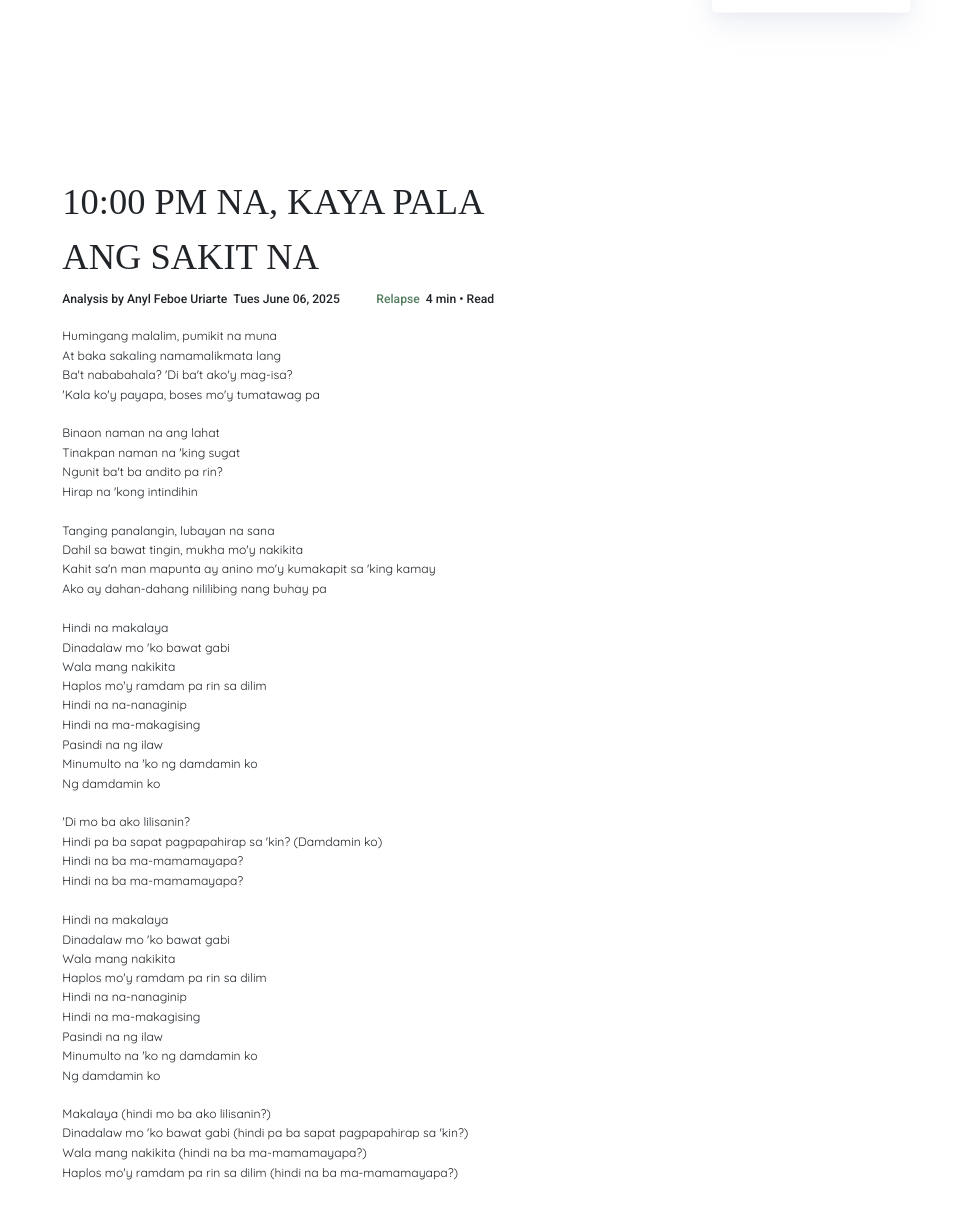
Repository: Uriarte-Anyl/Uriarte-Anyl.github.io
Page: Course/ADET/A07/index.html
An editor plug-in stored every save of this project. The page is shown before and after the next save, followed by the edit.
The browser window is 1280 px wide. The pictures show the part of the page from y = 1436 to 3057 px (the page is 3057 px tall before and 2867 px after), at 76% of full size.
Pictures or frames that could not be fetched are drawn as grey boxes. Some web fonts or font styles are not loaded; a fallback is used.

Above is the page before, as saved 2025-06-05 08:53:16.

### Course/ADET/A07/index.html
<!DOCTYPE html>
<html lang="en">
  <head>
    <meta charset="utf-8" />
    <meta name="viewport" content="width=device-width, initial-scale=1" />
    <title>City of Sto.Tomas — Journey</title>
    <link rel="preconnect" href="https://fonts.googleapis.com" />
    <link rel="preconnect" href="https://fonts.gstatic.com" crossorigin />
    <link
      href="https://fonts.googleapis.com/css2?family=Domine:wght@400..700&family=Quicksand:wght@300..700&family=Roboto:wght@500&display=swap"
      rel="stylesheet"
    />
    <link
      href="https://cdn.jsdelivr.net/npm/bootstrap@5.3.6/dist/css/bootstrap.min.css"
      rel="stylesheet"
      integrity="sha384-4Q6Gf2aSP4eDXB8Miphtr37CMZZQ5oXLH2yaXMJ2w8e2ZtHTl7GptT4jmndRuHDT"
      crossorigin="anonymous"
    />
  </head>

  <style>
    .domine-header {
      font-family: "Domine", serif;
      font-optical-sizing: auto;
      font-weight: 400;
      font-style: normal;
    }
    .roboto-subheader {
      font-family: "Roboto", sans-serif;
      font-optical-sizing: auto;
      font-weight: 500;
      font-style: normal;
      font-variation-settings: "wdth" 100;
    }

    .quicksand-contents {
      font-family: "Quicksand", sans-serif;
      font-optical-sizing: auto;
      font-weight: 400;
      font-style: normal;
    }

    img {
      width: 100%;
      height: auto;
      object-fit: cover;
      display: block;
      max-height: 80vh;
    }

    .icon {
      font-family: "Roboto", sans-serif;
      font-weight: 700;
      font-size: 20px;
    }

    .icon span {
      color: #537d5d;
    }

    .line {
      height: 100%;
      width: 0.5px;
      border-left: 1px solid black;
    }

    .items-wrapper {
      font-family: "Roboto", sans-serif;
    }

    .header {
      width: 26ch;
      font-family: "Domine", serif;
      font-size: 48px;
    }

    .sub-contents-wrapper {
      font-family: "Roboto", sans-serif;
      font-size: 16px;
    }

    .content {
      font-family: "Quicksand", sans-serif;
      font-size: 16px;
      width: clamp(90%, 60ch, 80ch);
      line-height: 1.6;
    }

    .category {
      color: #537d5d;
    }

    .card {
      height: 160px;
      width: 100%;
      box-shadow: 0 5px 10px rgba(154, 160, 185, 0.05),
        0 15px 40px rgba(166, 173, 201, 0.2);
      border: none;
    }

    .lyrics {
      font-family: "Quicksand", sans-serif;
      font-size: 1rem;
      white-space: pre-wrap;
      line-height: 1.6;
    }
  </style>

  <body>
    <div class="container-fluid my-4">
      <div class="row">
        <div class="col d-flex flex-row align-center justify-content-around">
          <div class="item-icon-wrapper d-flex flex-row align-center">
            <div class="icon pe-3"><span>STB</span>LOG</div>
            <div class="line px-1"></div>
            <div class="items-wrapper d-flex flex-row align-center">
              <div class="item px-2 py-1">News</div>
              <div class="item px-2 py-1">Stories</div>
              <div class="item px-2 py-1">Community</div>
              <div class="item px-2 py-1">Subscribe</div>
            </div>
          </div>
          <div class="items-wrapper d-flex flex-row align-center">
            <div class="item-write-wrapper d-flex flex-row align-center px-3">
              <div class="write-icon py-1 px-1">
                <svg
                  xmlns="http://www.w3.org/2000/svg"
                  width="16"
                  height="16"
                  fill="currentColor"
                  class="bi bi-pencil-square"
                  viewBox="0 0 16 16"
                >
                  <path
                    d="M15.502 1.94a.5.5 0 0 1 0 .706L14.459 3.69l-2-2L13.502.646a.5.5 0 0 1 .707 0l1.293 1.293zm-1.75 2.456-2-2L4.939 9.21a.5.5 0 0 0-.121.196l-.805 2.414a.25.25 0 0 0 .316.316l2.414-.805a.5.5 0 0 0 .196-.12l6.813-6.814z"
                  />
                  <path
                    fill-rule="evenodd"
                    d="M1 13.5A1.5 1.5 0 0 0 2.5 15h11a1.5 1.5 0 0 0 1.5-1.5v-6a.5.5 0 0 0-1 0v6a.5.5 0 0 1-.5.5h-11a.5.5 0 0 1-.5-.5v-11a.5.5 0 0 1 .5-.5H9a.5.5 0 0 0 0-1H2.5A1.5 1.5 0 0 0 1 2.5z"
                  />
                </svg>
              </div>
              <div class="item" style="padding: 6px 0px 6px 0px">Write</div>
            </div>
            <div class="item px-3 py-1">
              <svg
                xmlns="http://www.w3.org/2000/svg"
                width="16"
                height="16"
                fill="currentColor"
                class="bi bi-bell-fill"
                viewBox="0 0 16 16"
              >
                <path
                  d="M8 16a2 2 0 0 0 2-2H6a2 2 0 0 0 2 2m.995-14.901a1 1 0 1 0-1.99 0A5 5 0 0 0 3 6c0 1.098-.5 6-2 7h14c-1.5-1-2-5.902-2-7 0-2.42-1.72-4.44-4.005-4.901"
                />
              </svg>
            </div>
            <div class="item px-3 py-1">
              <div
                class="profile rounded-5 bg-dark"
                style="width: 24px; height: auto"
              >
                1
              </div>
            </div>
          </div>
        </div>
      </div>
    </div>

    <div class="container-fluid">
      <div class="row">
        <div class="col p-0">
          <img src="image/bleh.jpg" />
        </div>
      </div>
    </div>

    <div class="container mt-5 position-relative">
      <div class="row">
        <div class="col-sm-12 col-md-9">
          <!-- CONTENT -->

          <!-- TITLE AND SUBCONTENTS -->
          <div class="header py-2">JISUN TITUM ALJURED</div>
          <div class="sub-contents-wrapper d-flex flex-row align-center">
            <div class="author-date-wrapper d-flex flex-row pe-5">
              <div class="author pe-2">Research by Wembanyama</div>
              <div class="date">Tues June 06, 2025</div>
            </div>

            <div class="category-duration-wrapper d-flex flex-row">
              <div class="category pe-2">Sports</div>
              <div class="duration">10 min &#x2022; Read</div>
            </div>
          </div>

          <!-- END OF TITLE AND SUBCONTENTS -->

          <!-- BODY -->
          <div class="content py-4">
            malaking ipikto sa boston siltiks 🤯ang pagkawala ni jison titum😞,
            sa kanilang layn-ap😟😟, dahil sa gem seks natalo sila sa noyork
            niks🥺🥺✋️, kung kumakailan si jison titum nagkaroon ng indyure🤯🤯
            dahilan di siya nakaro sa gem seks, at nayari na ☹️sila sa kamay ng
            noyork neks😔, sa boston siltiks pans end season na ang tim😝,
            pahinga muna, palakas para sa neks sison😌, por da noyork niks
            sasabak ulit tayo😤, parang butas karayong ang ating dadaanan💙🤤
            bago makamtam ang ating inaasam-asam😘🥺na ang trophy🥳🤩 Or
            Kampyonato😳🥺sa eastern conperens😪😮‍💨Alam naman natin😮Ang indiana
            pacers🫥MALAKAS po itong KUPUNAN🥺😩PARANG BAGYO⛈🌫dahil napatunayan
            nila😫😞pagkatapos matalo 🙁ang number 1 standing 🤨😗sa eastern
            canperence 😩😫 na ang CLEVELAND CAVALIERS🙁☹️malapit nila MASWEET🥹
            ITO ang INDIAN PACERS!🫨🫨alamin natin KUNG SINO?🙃ang may ari🤨🤓 SA
            GAYM WAN🥳😕INDIANA PACERS BERSUS NEW YORK NIKS😮😧AABANGAN😖😖😣
          </div>
          <!-- END OF BODY -->

          <!-- TITLE AND SUBCONTENTS -->
          <div class="header py-2">IN-HEAT NA LAHAT</div>
          <div class="sub-contents-wrapper d-flex flex-row align-center">
            <div class="author-date-wrapper d-flex flex-row pe-5">
              <div class="author pe-2">UV INDEX FOR STO.TOMAS, BATANGAS</div>
              <div class="date">Tues June 06, 2025</div>
            </div>

            <div class="category-duration-wrapper d-flex flex-row">
              <div class="category pe-2">NEWS</div>
              <div class="duration"></div>
            </div>
          </div>

          <!-- END OF TITLE AND SUBCONTENTS -->

          <!-- BODY -->
          <div class="content py-4">
            <iframe
              src="https://Uriarte-Anyl.github.io/Course/ADET/A07/embed.html"
              class="w-100"
              style="height: 340px; border: none"
            ></iframe>
          </div>
          <!-- END OF BODY -->

          <div class="header py-2">10:00 PM NA, KAYA PALA ANG SAKIT NA</div>
          <div class="sub-contents-wrapper d-flex flex-row align-center">
            <div class="author-date-wrapper d-flex flex-row pe-5">
              <div class="author pe-2">Analysis by Anyl Feboe Uriarte</div>
              <div class="date">Tues June 06, 2025</div>
            </div>

            <div class="category-duration-wrapper d-flex flex-row">
              <div class="category pe-2">Relapse</div>
              <div class="duration">4 min &#x2022; Read</div>
            </div>
          </div>

          <pre class="lyrics py-4">
Humingang malalim, pumikit na muna
At baka sakaling namamalikmata lang
Ba't nababahala? 'Di ba't ako'y mag-isa?
'Kala ko'y payapa, boses mo'y tumatawag pa

Binaon naman na ang lahat
Tinakpan naman na 'king sugat
Ngunit ba't ba andito pa rin?
Hirap na 'kong intindihin

Tanging panalangin, lubayan na sana
Dahil sa bawat tingin, mukha mo'y nakikita
Kahit sa'n man mapunta ay anino mo'y kumakapit sa 'king kamay
Ako ay dahan-dahang nililibing nang buhay pa

Hindi na makalaya
Dinadalaw mo 'ko bawat gabi
Wala mang nakikita
Haplos mo'y ramdam pa rin sa dilim
Hindi na na-nanaginip
Hindi na ma-makagising
Pasindi na ng ilaw
Minumulto na 'ko ng damdamin ko
Ng damdamin ko

'Di mo ba ako lilisanin?
Hindi pa ba sapat pagpapahirap sa 'kin? (Damdamin ko)
Hindi na ba ma-mamamayapa?
Hindi na ba ma-mamamayapa?

Hindi na makalaya
Dinadalaw mo 'ko bawat gabi
Wala mang nakikita
Haplos mo'y ramdam pa rin sa dilim
Hindi na na-nanaginip
Hindi na ma-makagising
Pasindi na ng ilaw
Minumulto na 'ko ng damdamin ko
Ng damdamin ko

Makalaya (hindi mo ba ako lilisanin?)
Dinadalaw mo 'ko bawat gabi (hindi pa ba sapat pagpapahirap sa 'kin?)
Wala mang nakikita (hindi na ba ma-mamamayapa?)
Haplos mo'y ramdam pa rin sa dilim (hindi na ba ma-mamamayapa?)
  </pre
          >
          <!--END OF CONTENT -->
        </div>
        <div class="col-12 col-lg-3 position-relative">
          <div
            class="card-wrapper pt-2 position-sticky top-0 position-sm-absolute end-0"
            style="width: 100%; max-width: 300px"
          >
            <div class="card my-4">1</div>
            <div class="card my-4">1</div>
            <div class="card my-4">1</div>
            <div class="card my-4">1</div>
          </div>
        </div>
      </div>
    </div>
    <script
      src="https://cdn.jsdelivr.net/npm/bootstrap@5.3.6/dist/js/bootstrap.bundle.min.js"
      integrity="sha384-j1CDi7MgGQ12Z7Qab0qlWQ/Qqz24Gc6BM0thvEMVjHnfYGF0rmFCozFSxQBxwHKO"
      crossorigin="anonymous"
    ></script>
  </body>
</html>

After the next save:
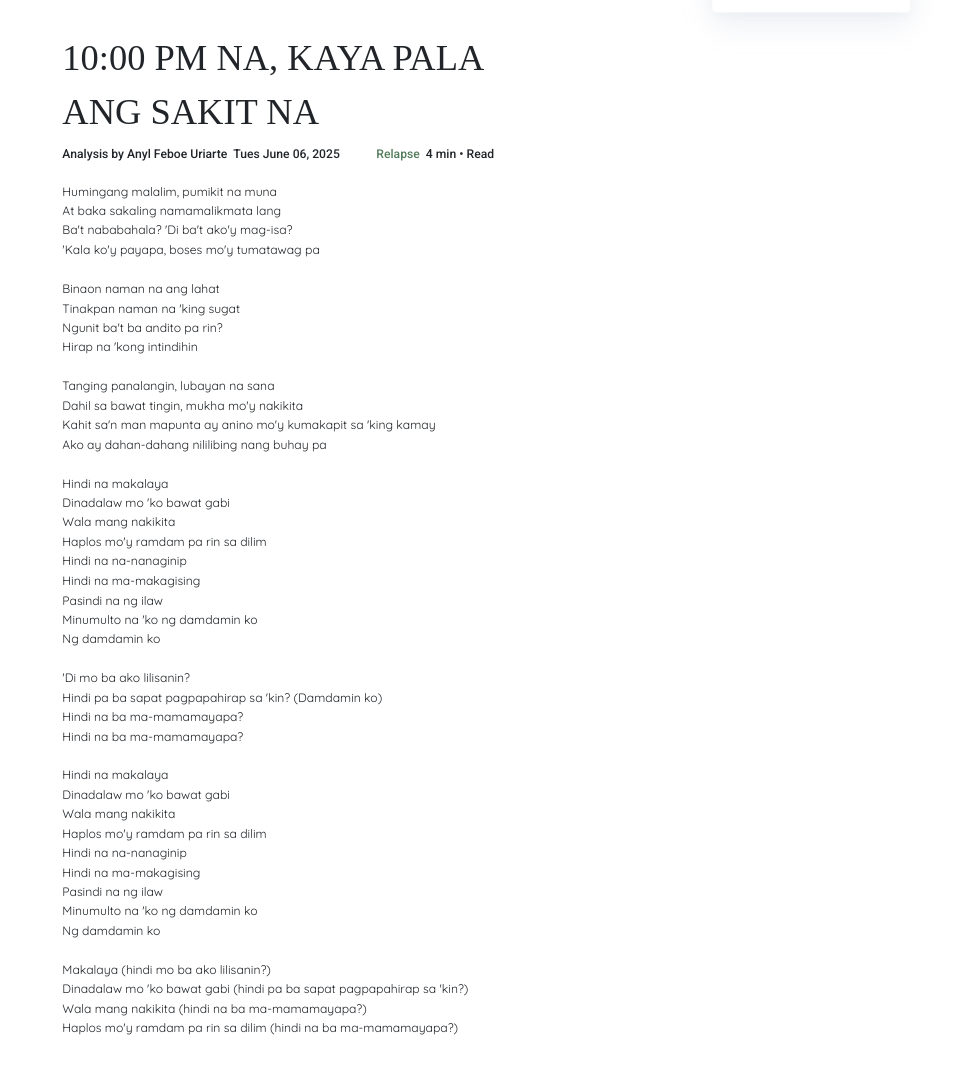
Saved 70 s later.
--- a/Course/ADET/A07/index.html
+++ b/Course/ADET/A07/index.html
@@ -237,7 +237,7 @@
           <div class="content py-4">
             <iframe
               src="https://Uriarte-Anyl.github.io/Course/ADET/A07/embed.html"
-              class="w-100"
+              class="w-100 h-auto"
               style="height: 340px; border: none"
             ></iframe>
           </div>

After the save that followed:
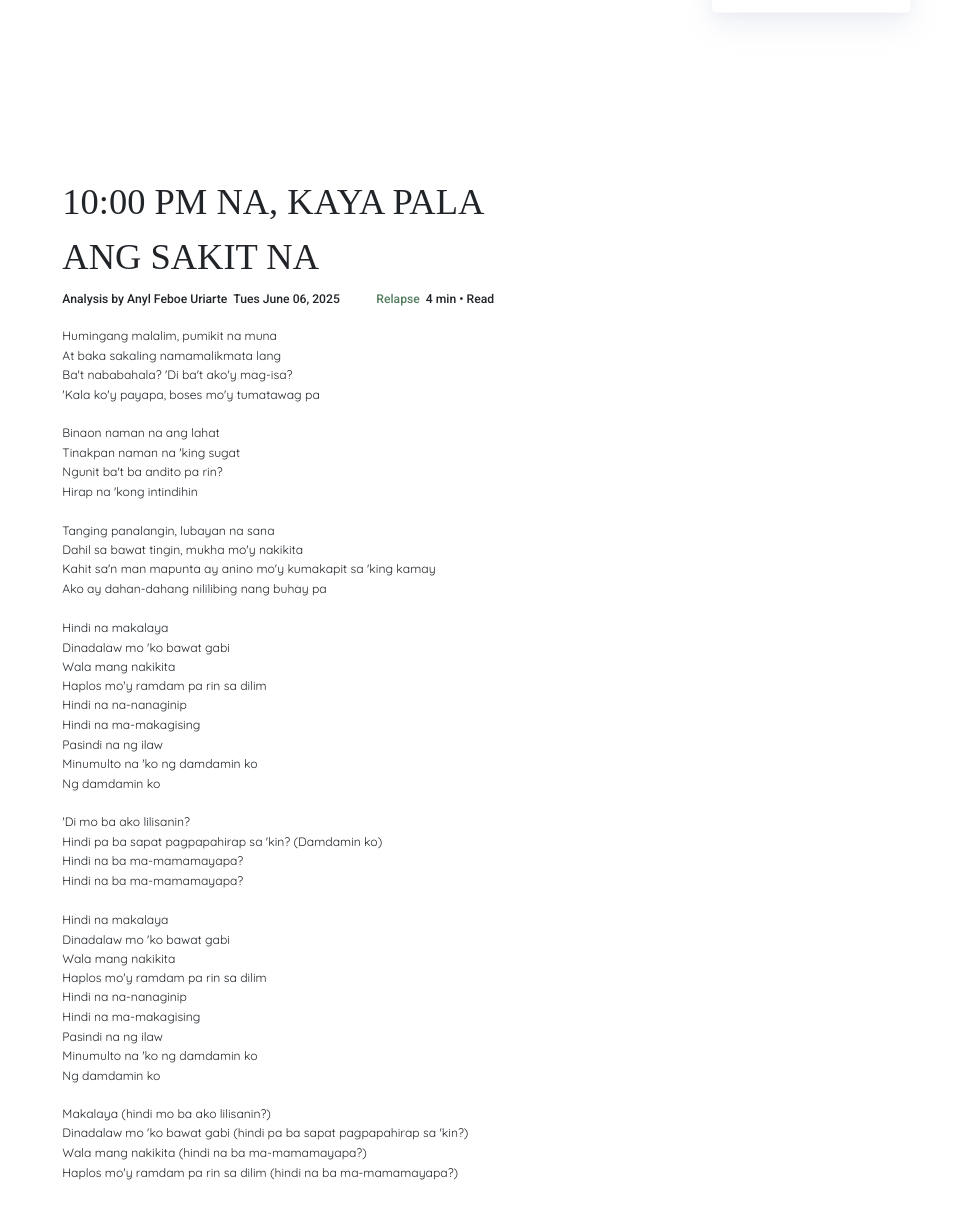
Saved 10 s later.
--- a/Course/ADET/A07/index.html
+++ b/Course/ADET/A07/index.html
@@ -237,7 +237,7 @@
           <div class="content py-4">
             <iframe
               src="https://Uriarte-Anyl.github.io/Course/ADET/A07/embed.html"
-              class="w-100 h-auto"
+              class="w-100"
               style="height: 340px; border: none"
             ></iframe>
           </div>
